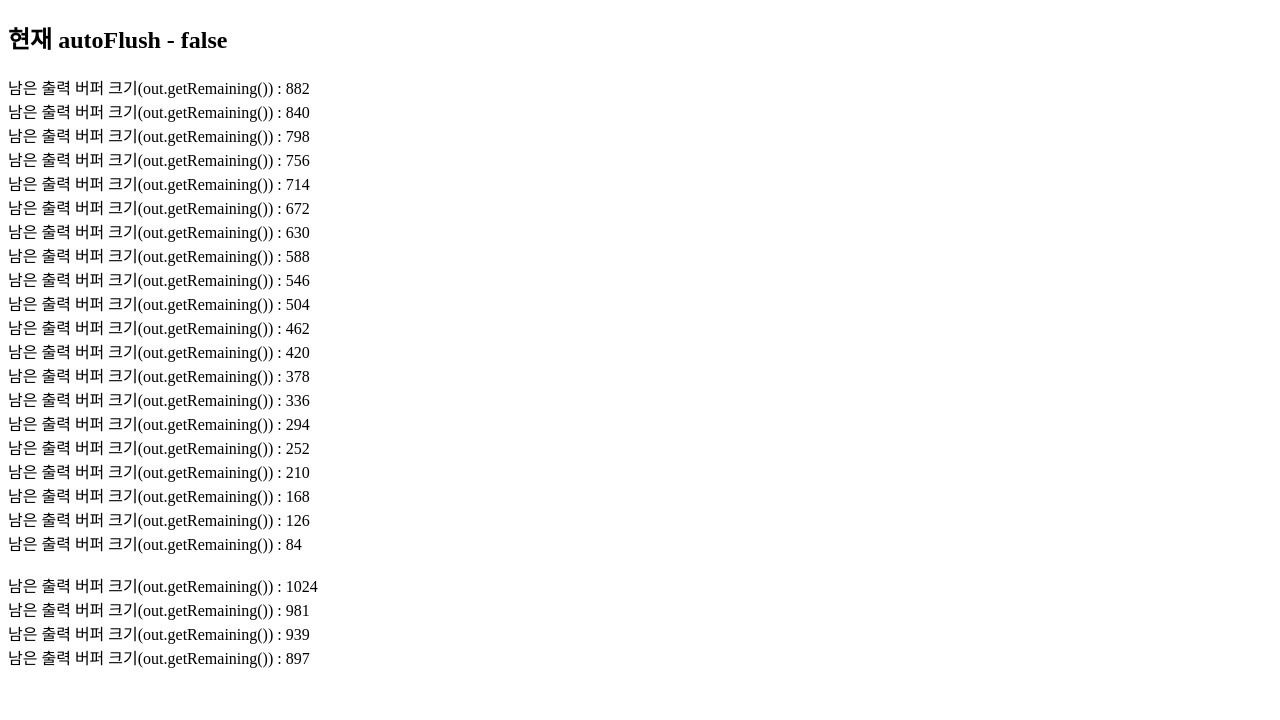
Repository: JuHyeon-S/21-1-Web-Back-end_Programming
Page: http://localhost/week07/autoflush.jsp
These files come from the project's save history. The page is drawn as it stood at one moment and after the next save; the edit follows.
The browser window is 1280 px wide. The pictures show the whole page.
The page is served by Tomcat 9.

Above is the page before, as saved 2021-04-18 22:41:04.

### week07/week07/src/main/webapp/autoflush.jsp
<%@ page language="java" contentType="text/html; charset=EUC-KR"
    pageEncoding="EUC-KR"%>
<!DOCTYPE html>
<html>
<head>
<meta charset="EUC-KR">
<title>Insert title here</title>
</head>
<body>
	<%@ page autoFlush="false" buffer="1kb" %>
	<h2>현재 autoFlush - <%= out.isAutoFlush() %></h2><p>

	<%
		for (int i = 1; i < 25; i++){
			out.println("남은 출력 버퍼 크기(out.getRemaining()) : "+out.getRemaining() + "<br>");
			if(out.getRemaining() < 50){
				out.println("<br>");
				out.flush();
			}
		}
	%>
</body>
</html>

After the next save:
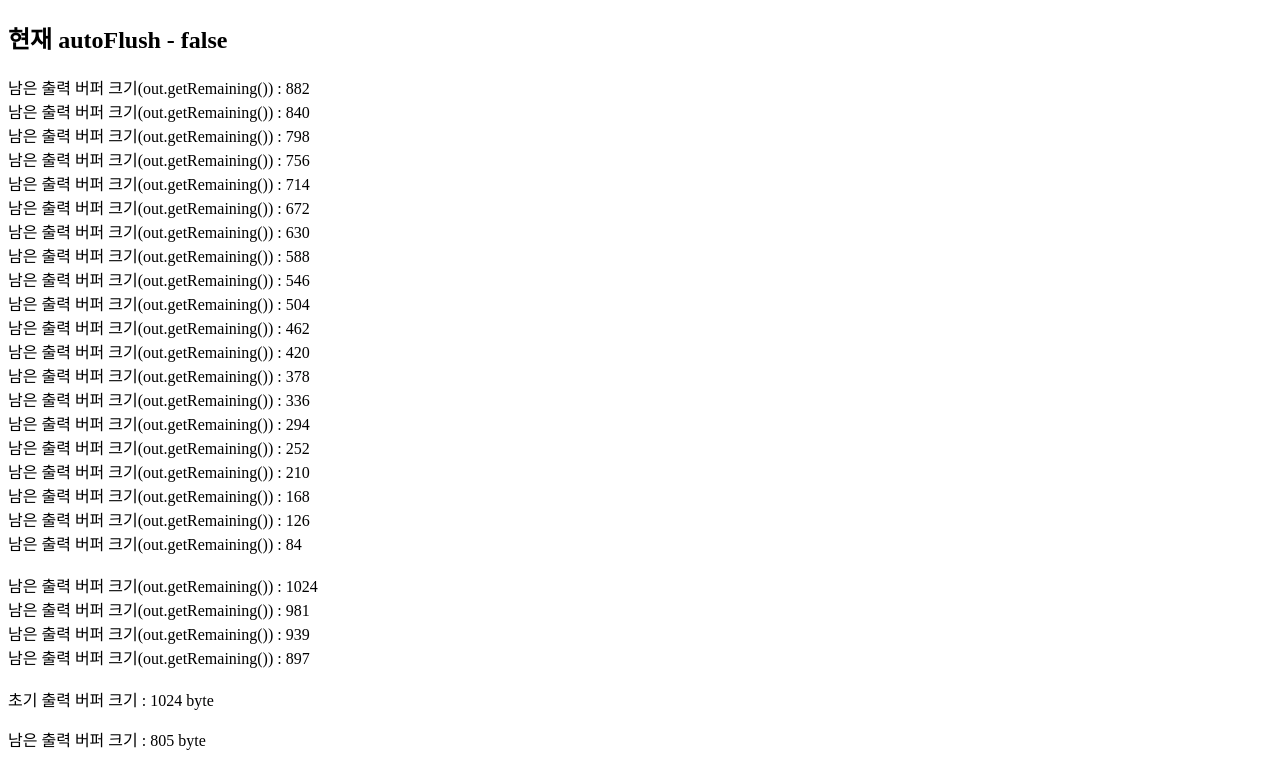
Saved 16 s later.
--- a/week07/week07/src/main/webapp/autoflush.jsp
+++ b/week07/week07/src/main/webapp/autoflush.jsp
@@ -19,5 +19,8 @@
 			}
 		}
 	%>
+	<br>
+	초기 출력 버퍼 크기 : <%= out.getBufferSize() %> byte<p>
+	남은 출력 버퍼 크기 : <%= out.getRemaining() %> byte<p>
 </body>
 </html>
